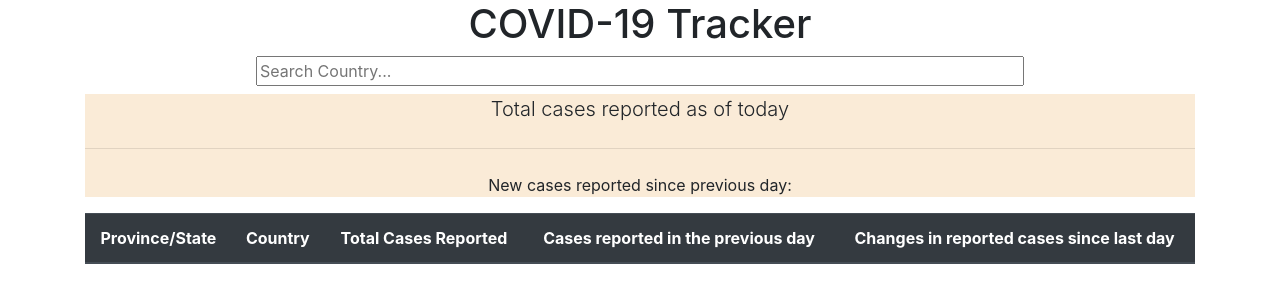
Repository: kimjuneyoung5/Bootcamp-Java
Page: http://localhost/CovidTrackingApp/WEB-INF/cases.jsp
An editor plug-in stored every save of this project. The page is shown before and after the next save, followed by the edit.
The browser window is 1280 px wide. The pictures show the whole page.
The page is served by Tomcat 9. Nobody is signed in. Other server files are loaded and not shown. The template is opened directly, without the code that normally fills it, so the values that code supplies are empty.

Above is the page before, as saved 2021-10-01 23:30:49.

### oop/CovidTrackingApp/src/main/webapp/WEB-INF/cases.jsp
<%@ page language="java" contentType="text/html; charset=UTF-8"
    pageEncoding="UTF-8"%>
<%@ taglib prefix="c" uri="http://java.sun.com/jsp/jstl/core" %>
<%@ taglib prefix="fmt" uri="http://java.sun.com/jsp/jstl/fmt" %>
<%@ taglib prefix="form" uri="http://www.springframework.org/tags/form"%>
<%@ page isErrorPage="true" %>
<!DOCTYPE html>

<html xmlns:th="http://www.thymeleaf.org">

<head>
    <title>COVID-19 Cases Tracker</title>
    <meta http-equiv="Content-Type" content="text/html; charset=UTF-8" />
    <link rel="stylesheet" href="https://stackpath.bootstrapcdn.com/bootstrap/4.4.1/css/bootstrap.min.css" integrity="sha384-Vkoo8x4CGsO3+Hhxv8T/Q5PaXtkKtu6ug5TOeNV6gBiFeWPGFN9MuhOf23Q9Ifjh" crossorigin="anonymous">
    <style>
    	.container{
    		text-align:center;
    	}
    	.container1{
    		text-align:center;
    		background-color: antiquewhite;
    	}
    </style>
</head>

<body>
<div class="container">
<h1>COVID-19 Tracker</h1>
<form id="searchForm">
	<input type="text" id="searchText" placeholder="Search Country..." size="70px">
</form>

<div class="container1">
    <h1 class="display-4"><c:out value="${totalReportedCases}"/></h1>
    <p class="lead">Total cases reported as of today</p>
    <hr class="my-4">
    <p>
        <span>New cases reported since previous day:</span>
        <span><c:out value="${totalNewCases}" /></span>
    </p>

</div>
    <table class="table table-dark">
    	<thead>
        	<tr>
            	<th>Province/State</th>
            	<th>Country</th>
            	<th>Total Cases Reported</th>
            	<th>Cases reported in the previous day</th>
            	<th>Changes in reported cases since last day</th>
        	</tr>
        </thead>
        <tbody>
        	<c:forEach var="casesStat"  items="${casesStats}">
        		<tr>
        			<c:if test="${casesStat.provinceState == ''}">
            			<td><c:out value="${casesStat.countryRegion}"/></td>
            		</c:if>
            		<c:if test="${casesStat.provinceState != ''}">
            			<td><c:out value="${casesStat.provinceState}"/></td>
            		</c:if>
            		<td><c:out value="${casesStat.countryRegion}"/></td>
            		<td><c:out value="${casesStat.latestTotalCases}"/></td>
            		<td><c:out value="${casesStat.prevDayCases}"/></td>
            		<td><c:out value="${casesStat.diffFromPrevDay}"/></td>
        		</tr>
        	</c:forEach>
        </tbody>
    </table>
</div>
</body>

</html>

After the next save:
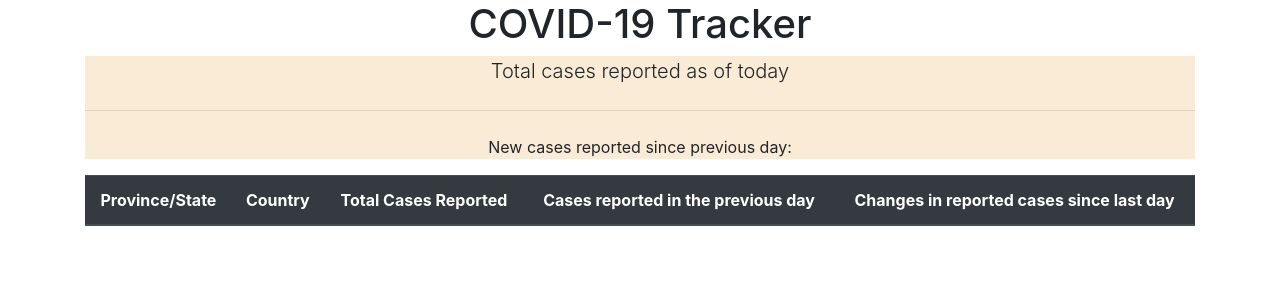
Saved 17 min 59 s later.
--- a/oop/CovidTrackingApp/src/main/webapp/WEB-INF/cases.jsp
+++ b/oop/CovidTrackingApp/src/main/webapp/WEB-INF/cases.jsp
@@ -26,9 +26,6 @@
 <body>
 <div class="container">
 <h1>COVID-19 Tracker</h1>
-<form id="searchForm">
-	<input type="text" id="searchText" placeholder="Search Country..." size="70px">
-</form>
 
 <div class="container1">
     <h1 class="display-4"><c:out value="${totalReportedCases}"/></h1>
